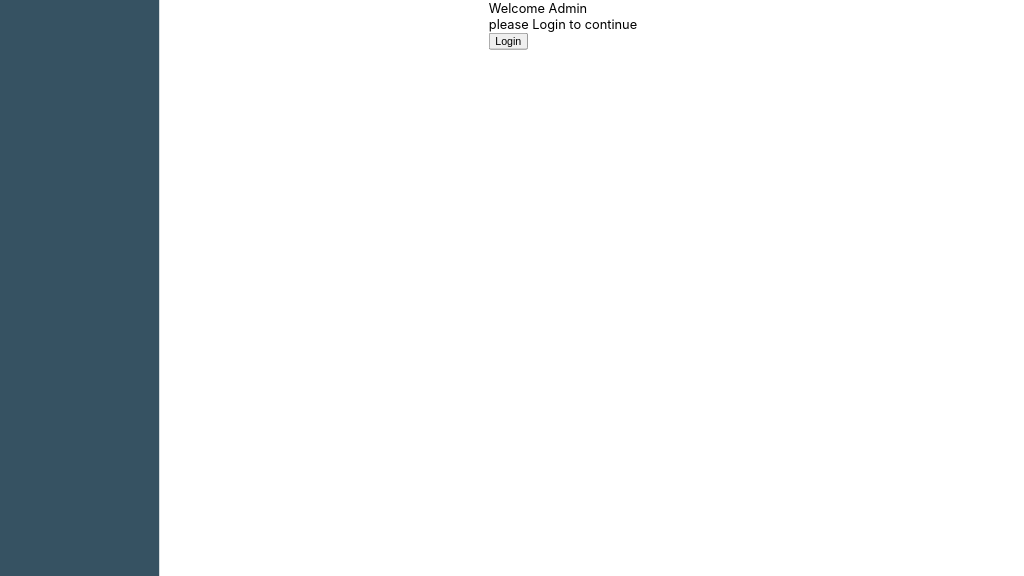
Repository: tatvanhco/shopee-admin
Page: /login
An editor plug-in stored every save of this project. The page is shown before and after the next save, followed by the edit.
The browser window is 1280 px wide. The pictures show the whole page, at 80% of full size.
The project was rebuilt for these pictures with package versions that can differ from the ones it lists, and the page was loaded fresh each time. Also part of the build but not shown: src/components/common/NotFound.tsx, src/components/common/PrivateRoute.tsx, src/components/layout/Innercontext.tsx, src/components/layout/dashboard.tsx, src/components/layout/productManager.tsx, src/components/layout/ManageOrders.tsx, src/components/layout/catalogManager.tsx, src/components/layout/customerManager.tsx and 5 more.

Above is the page before, as saved 2022-09-28 17:19:37.

After the next save:
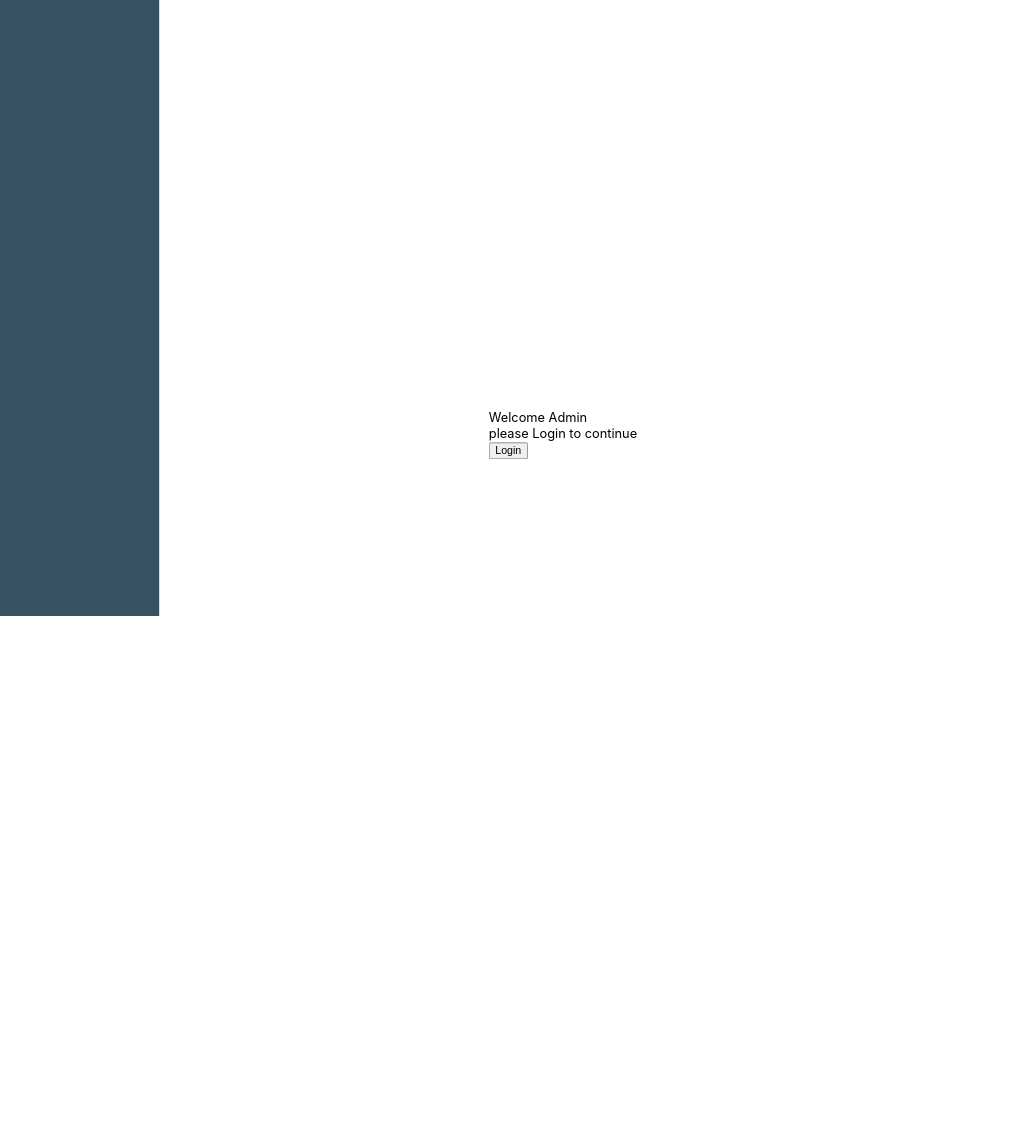
Saved 4 s later.
--- a/src/features/auth/pages/pages.module.scss
+++ b/src/features/auth/pages/pages.module.scss
@@ -1,5 +1,5 @@
 .Login_from {
     width: 250px;
     height: 400px;
-    margin: 0 auto;
+    margin: 50% auto;
 }
